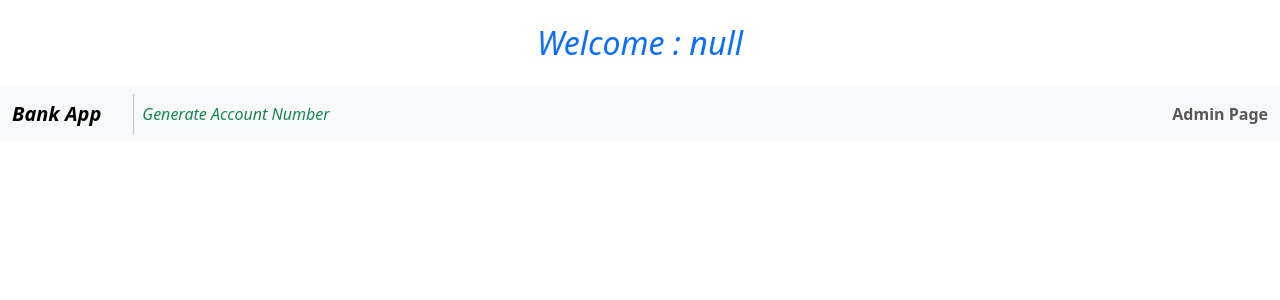
Repository: Niket-mishra/Dummy
Page: http://localhost/Mini-Project/GenerateAccountNumber.jsp
The author's editor kept a copy of each file at every save. The page is drawn from the files as they stood at one save, then again after the next save.
The browser window is 1280 px wide. The pictures show the whole page.
The page is served by Tomcat 10. Other server files are loaded and not shown.

Above is the page before, as saved 2024-05-10 15:35:58.

### Mini-Project/src/main/webapp/GenerateAccountNumber.jsp
<%@ page language="java" contentType="text/html; charset=ISO-8859-1"
    pageEncoding="ISO-8859-1"%>
<!DOCTYPE html>
<html>
<head>
<meta charset="ISO-8859-1">
<title>Generate Account Number</title>
<link href="https://cdn.jsdelivr.net/npm/bootstrap@5.3.3/dist/css/bootstrap.min.css" rel="stylesheet">
<style>
	#subDiv1 {
     	display: none;
     	margin-top: 10px;
     	cursor: pointer;
        	}
</style>
</head>
<body>
<% String name = String.valueOf(session.getAttribute("name1")); %>
<h2 class ="mb-4 mt-4 fst-italic text-primary text-center">Welcome : <%=name %></h2>
<nav class="navbar navbar-expand-lg bg-body-tertiary mb-5">
  <div class="container-fluid">
    <a class="navbar-brand" href="/"><b><i>Bank App</i></b></a>
    <button class="navbar-toggler" type="button" data-bs-toggle="collapse" data-bs-target="#navbarText" aria-controls="navbarText" aria-expanded="false" aria-label="Toggle navigation">
      <span class="navbar-toggler-icon"></span>
    </button>
    <div class="collapse navbar-collapse ms-3" id="navbarText">
      <ul class="navbar-nav me-auto mb-2 mb-lg-0">
        <div class ="vr"></div>
         <li class="nav-item">
          <a class="nav-link active fst-italic align-bottom d-flex justify-content-end link-success link-offset-2 link-underline-opacity-25 link-underline-opacity-100-hover" id="myAnchor" onclick="showDiv()" >Generate Account Number</a>
        </li>
      </ul>
      <span class="navbar-text">
        <b>Admin Page</b>
      </span>
    </div>
  </div>
</nav>

</body>
</html>

After the next save:
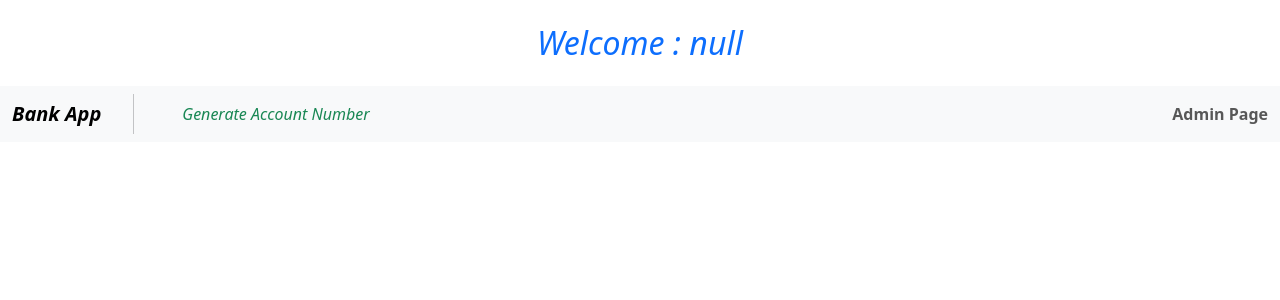
Saved 35 s later.
--- a/Mini-Project/src/main/webapp/GenerateAccountNumber.jsp
+++ b/Mini-Project/src/main/webapp/GenerateAccountNumber.jsp
@@ -27,7 +27,7 @@
       <ul class="navbar-nav me-auto mb-2 mb-lg-0">
         <div class ="vr"></div>
          <li class="nav-item">
-          <a class="nav-link active fst-italic align-bottom d-flex justify-content-end link-success link-offset-2 link-underline-opacity-25 link-underline-opacity-100-hover" id="myAnchor" onclick="showDiv()" >Generate Account Number</a>
+          <a class="nav-link active fst-italic align-bottom d-flex justify-content-end link-success link-offset-2 link-underline-opacity-25 link-underline-opacity-100-hover ps-5" id="myAnchor" onclick="showDiv()" >Generate Account Number</a>
         </li>
       </ul>
       <span class="navbar-text">
